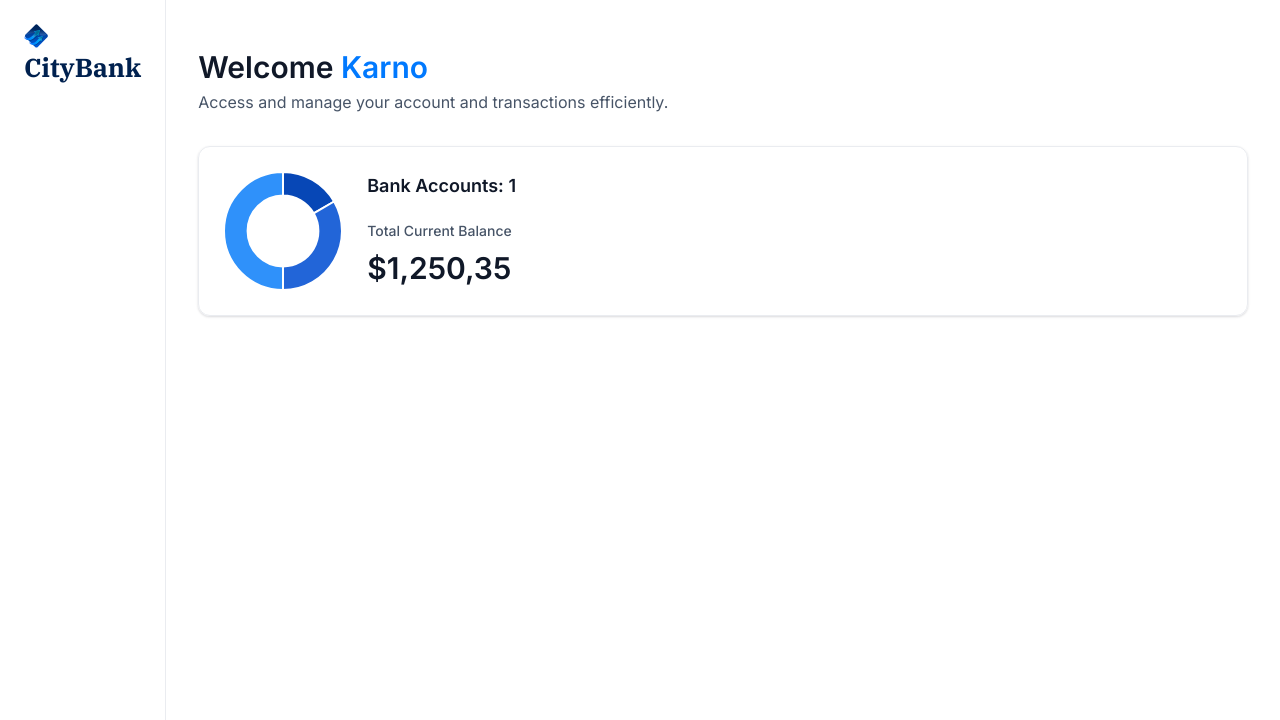
Repository: KarnoSarker/Banking
Page: /
These files come from the project's save history. The page is drawn as it stood at one moment and after the next save; the edit follows.
The browser window is 1280 px wide. The pictures show the whole page.
The project was rebuilt for these pictures with package versions that can differ from the ones it lists, and the page was loaded fresh each time. The framework's server and built-in components were replaced by stand-ins that run in the browser. Also part of the build but not shown: next.config.mjs.

Above is the page before, as saved 2024-05-14 20:45:16.

### app/layout.tsx
import type { Metadata } from 'next';
import { Inter, IBM_Plex_Serif } from 'next/font/google';
import './globals.css';

const inter = Inter({ subsets: ['latin'], variable: '--font-inter' });
const ibmPlexSerif = IBM_Plex_Serif({
  subsets: ['latin'],
  weight: ['400', '700'],
  variable: '--font-ibm-plex-serif',
});

export const metadata: Metadata = {
  title: 'CityBank',
  description: 'CityBank for everyone',
  icons: {
    icon: '/icons/logo.svg',
  },
};

export default function RootLayout({
  children,
}: Readonly<{
  children: React.ReactNode;
}>) {
  return (
    <html lang='en'>
      <body className={`${inter.variable} ${ibmPlexSerif.variable}`}>
        {children}
      </body>
    </html>
  );
}

### app/(root)/layout.tsx
import Sidebar from '@/components/Sidebar';

export default function RootLayout({
  children,
}: Readonly<{
  children: React.ReactNode;
}>) {
  const loggedIn = { firstName: 'Karno', lastName: 'Sarker' };
  return (
    <main className='flex h-screen w-full font-inter'>
      <Sidebar user={loggedIn} />
      {children}
    </main>
  );
}

### app/(root)/page.tsx
import HeaderBox from '@/components/HeaderBox';
import TotalBalanceBox from '@/components/TotalBalanceBox';
import React from 'react';

const Home = () => {
  const loggedIn = { firstName: 'Karno' };
  return (
    <section className='home'>
      <div className='home-content'>
        <header className='home-header'>
          <HeaderBox
            type='greeting'
            title='Welcome'
            user={loggedIn?.firstName || 'Guest'}
            subtext='Access and manage your account and transactions efficiently.'
          />
        </header>
        <TotalBalanceBox
          accounts={[]}
          totalBanks={1}
          totalCurrentBalance={1250.35}
        />
      </div>
    </section>
  );
};

export default Home;

### components/Sidebar.tsx
import Image from 'next/image';
import Link from 'next/link';

const Sidebar = ({ user }: SiderbarProps) => {
  return (
    <section className='sidebar'>
      <nav className='flex flex-col gap-4'>
        <Link href='/' className='mb-12 cursor-pointer items-center gap-2'>
          <Image
            src='/icons/logo.svg'
            width={34}
            height={34}
            alt='CityBank logo'
            className='size-[24px] max-xl:size-14'
          />
          <h1 className='sidebar-logo'>CityBank</h1>
        </Link>
      </nav>
    </section>
  );
};

export default Sidebar;

### components/HeaderBox.tsx
import React from 'react';

const HeaderBox = ({
  type = 'title',
  title,
  subtext,
  user,
}: HeaderBoxProps) => {
  return (
    <div className='header-box'>
      <h1 className='header-box-title'>
        {title}
        {type === 'greeting' && (
          <span className='text-bankGradient'>&nbsp;{user}</span>
        )}
      </h1>
      <p className='header-box-subtext'>{subtext}</p>
    </div>
  );
};

export default HeaderBox;

### components/TotalBalanceBox.tsx
import React from 'react';
import AnimatedCounter from './AnimatedCounter';
import DoughnutChart from './ui/DoughnutChart';

const TotalBalanceBox = ({
  accounts = [],
  totalBanks,
  totalCurrentBalance,
}: TotlaBalanceBoxProps) => {
  return (
    <section className='total-balance'>
      <div className='total-balance-chart'>
        <DoughnutChart accounts={accounts} />
      </div>
      <div className='flex flex-col gap-6'>
        <h2 className='header-2'>Bank Accounts: {totalBanks}</h2>
        <div className='flex flex-col gap-2'>
          <p className='total-balance-label'>Total Current Balance</p>
          <div className='total-balance-amount flex-center gap-2'>
            <AnimatedCounter amount={totalCurrentBalance} />
          </div>
        </div>
      </div>
    </section>
  );
};

export default TotalBalanceBox;

### components/AnimatedCounter.tsx
'use client';
import CountUp from 'react-countup';

const AnimatedCounter = ({ amount }: { amount: number }) => {
  return (
    <div className='w-full'>
      <CountUp
        duration={2.75}
        decimals={2}
        decimal=','
        prefix='$'
        end={amount}
      />
    </div>
  );
};

export default AnimatedCounter;

### components/ui/DoughnutChart.tsx
'use client';

import { Chart as ChartJS, ArcElement, Tooltip, Legend } from 'chart.js';
import { Doughnut } from 'react-chartjs-2';

ChartJS.register(ArcElement, Tooltip, Legend);

const DoughnutChart = ({ accounts }: DoughnutChartProps) => {
  const data = {
    datasets: [
      {
        label: 'Banks',
        data: [1250, 2500, 3750],
        backgroundColor: ['#0747b6', '#2265d8', '#2f91fa'],
      },
    ],
    labels: ['Bank 1', 'Bank 2', 'Bank 3'],
  };
  return (
    <Doughnut
      data={data}
      options={{
        cutout: '60%',
        plugins: {
          legend: {
            display: false,
          },
        },
      }}
    />
  );
};

export default DoughnutChart;

Loaded but not shown: app/globals.css (common file); tailwind.config.ts (common file); constants/index.ts (common file)

After the next save:
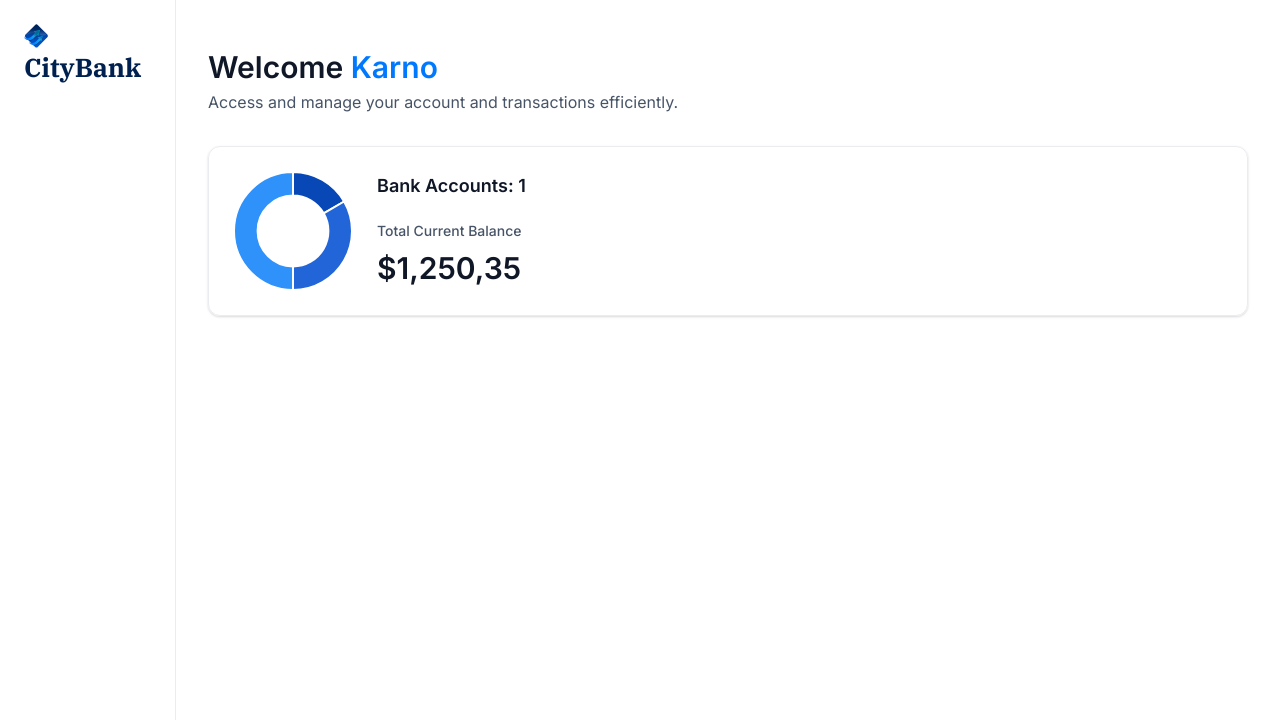
Saved 2 min 48 s later.
--- a/components/Sidebar.tsx
+++ b/components/Sidebar.tsx
@@ -1,3 +1,4 @@
+import { sidebarLinks } from '@/constants';
 import Image from 'next/image';
 import Link from 'next/link';
 
@@ -15,6 +16,13 @@ const Sidebar = ({ user }: SiderbarProps) => {
           />
           <h1 className='sidebar-logo'>CityBank</h1>
         </Link>
+        {sidebarLinks.map((item) => {
+          return (
+            <Link href={item.route} key={item.label}>
+              {item.label}
+            </Link>
+          );
+        })}
       </nav>
     </section>
   );
